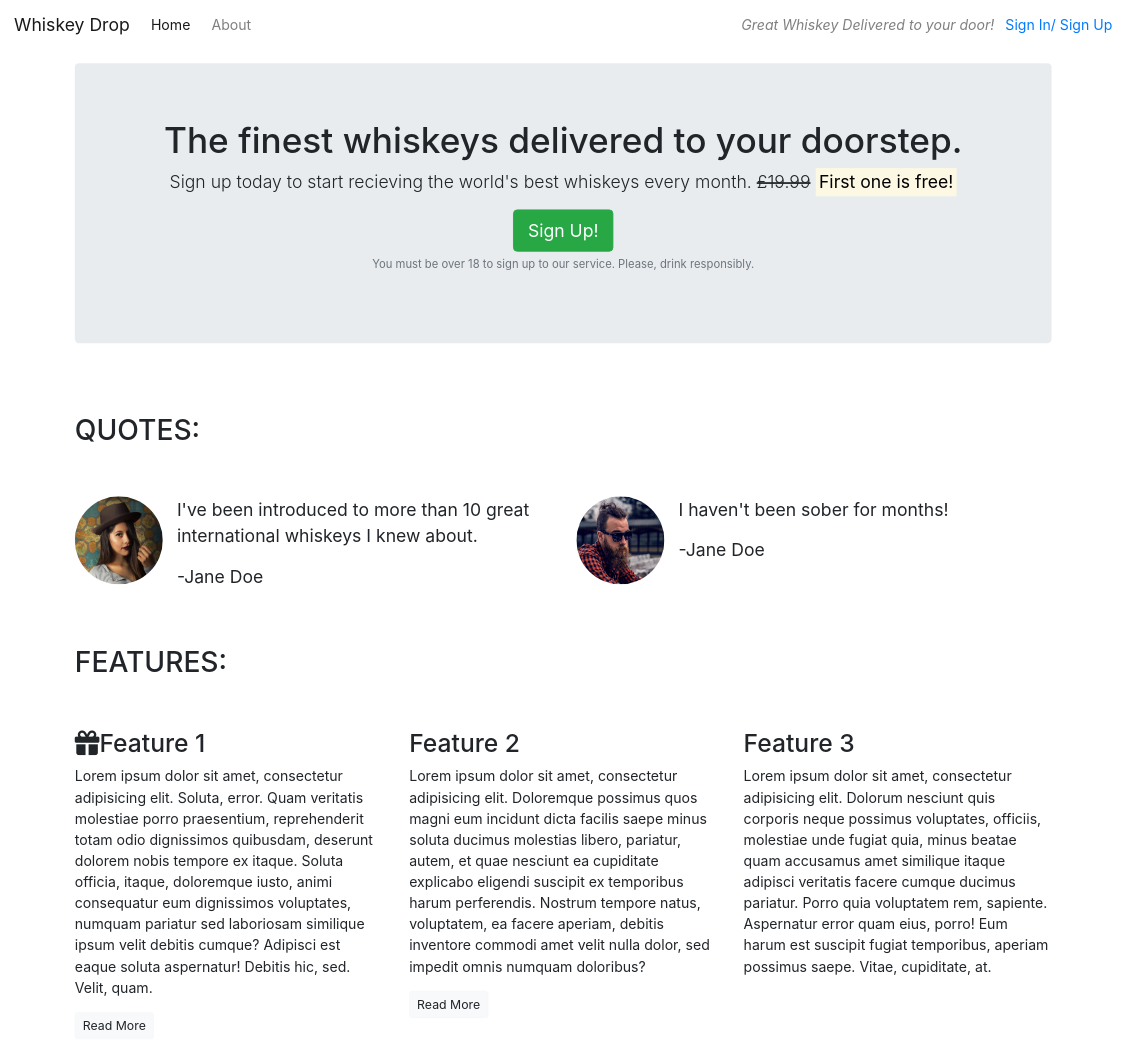
Repository: Leannald13/whiskey-project
Page: index.html
The author's editor kept a record of every edit. The page is drawn from the files as they stood at one moment, then again after the next edit.
The browser window is 1280 px wide. The pictures show the whole page, at 88% of full size.
Some web libraries are served in a nearby version.

Above is the page before.
Console error: TypeError: Cannot read properties of undefined (reading 'fn')

After the next edit:
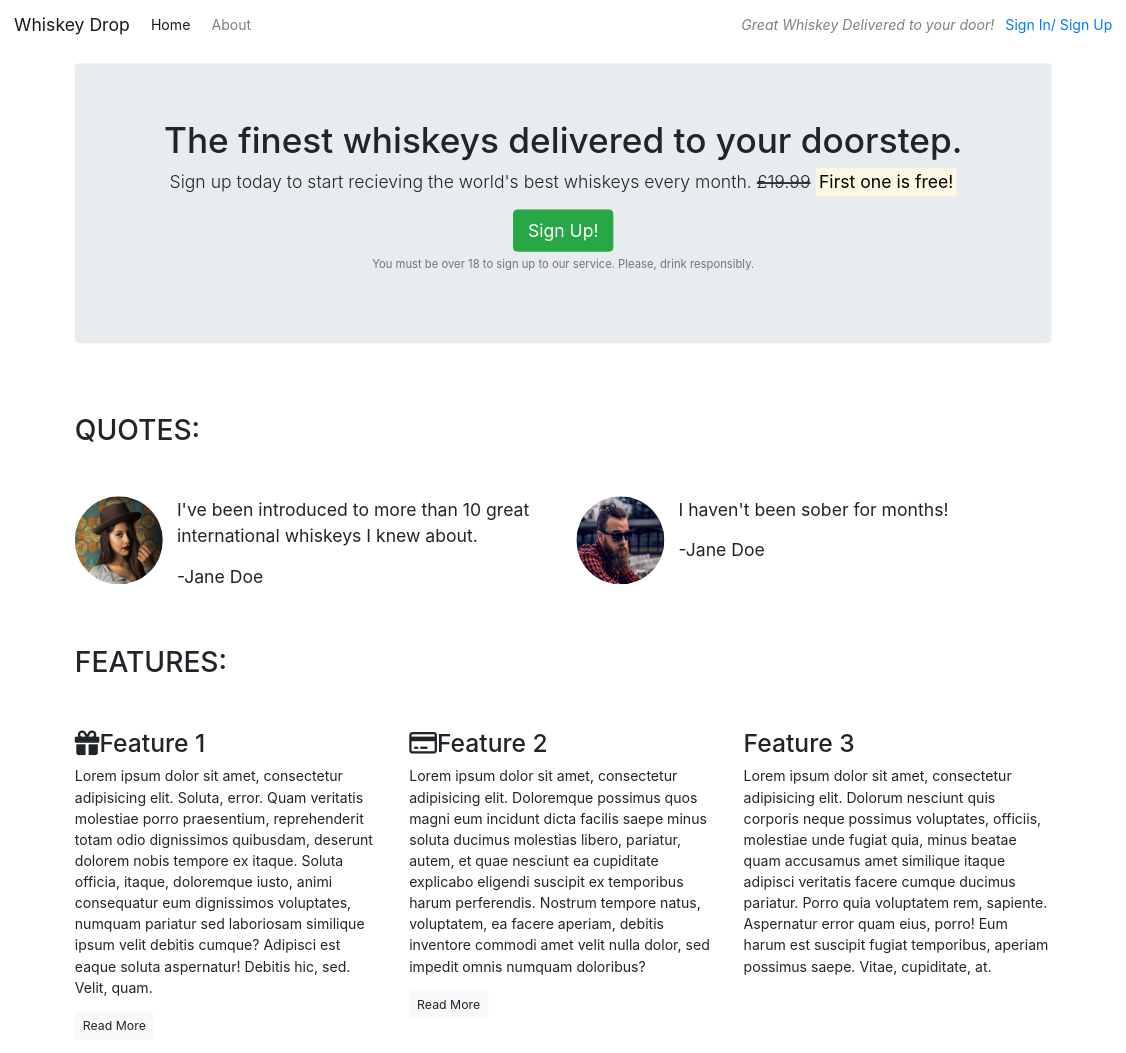
The edit:
--- a/index.html
+++ b/index.html
@@ -90,7 +90,7 @@
                 </div>
                 <div class="col-12 col-md-6 col-lg-4">
                     <div class="feature">
-                        <h3>Feature 2</h3>
+                        <h3><i class="far fa-credit-card"></i>Feature 2</h3>
                         <p>Lorem ipsum dolor sit amet, consectetur adipisicing elit. Doloremque possimus quos magni eum incidunt dicta facilis saepe minus soluta ducimus molestias libero, pariatur, autem, et quae nesciunt ea cupiditate explicabo eligendi
                             suscipit ex temporibus harum perferendis. Nostrum tempore natus, voluptatem, ea facere aperiam, debitis inventore commodi amet velit nulla dolor, sed impedit omnis numquam doloribus?</p>
                         <p><a class="btn btn-sm btn-light" href="">Read More</a></p>
